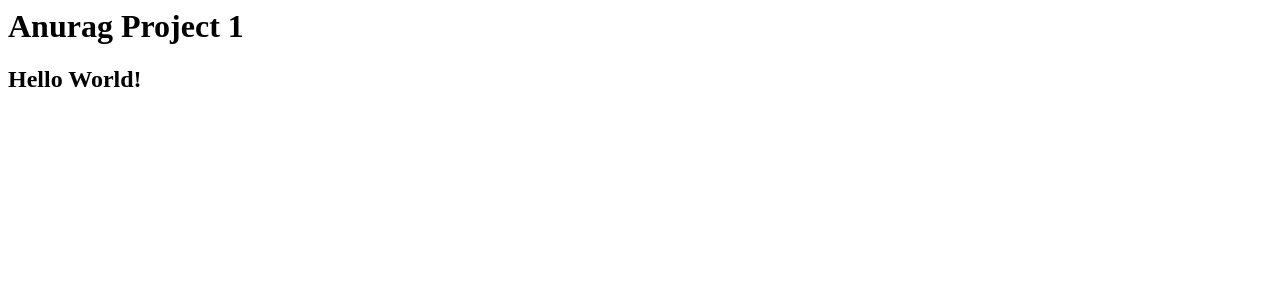
Repository: beastaman/dummy
Page: http://localhost/j2eeFirstProject/
An editor plug-in stored every save of this project. The page is shown before and after the next save, followed by the edit.
The browser window is 1280 px wide. The pictures show the whole page.
The page is served by Tomcat 9.

Above is the page before, as saved 2021-06-30 05:55:12.

After the next save:
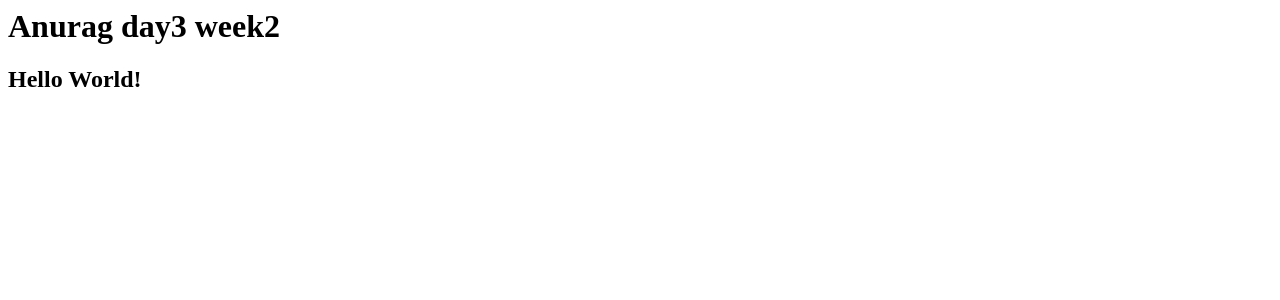
Saved 11 min 51 s later.
--- a/Assessment-batch6/Anurag/Week2/Day3/J2eAddition/New folder/j2eeFirstProject/src/main/webapp/index.jsp
+++ b/Assessment-batch6/Anurag/Week2/Day3/J2eAddition/New folder/j2eeFirstProject/src/main/webapp/index.jsp
@@ -1,6 +1,6 @@
 <html>
 <body>
-<h1>Anurag Project 1</h2>
+<h1>Anurag day3 week2</h2>
 <h2>Hello World!</h2>
 </body>
 </html>
